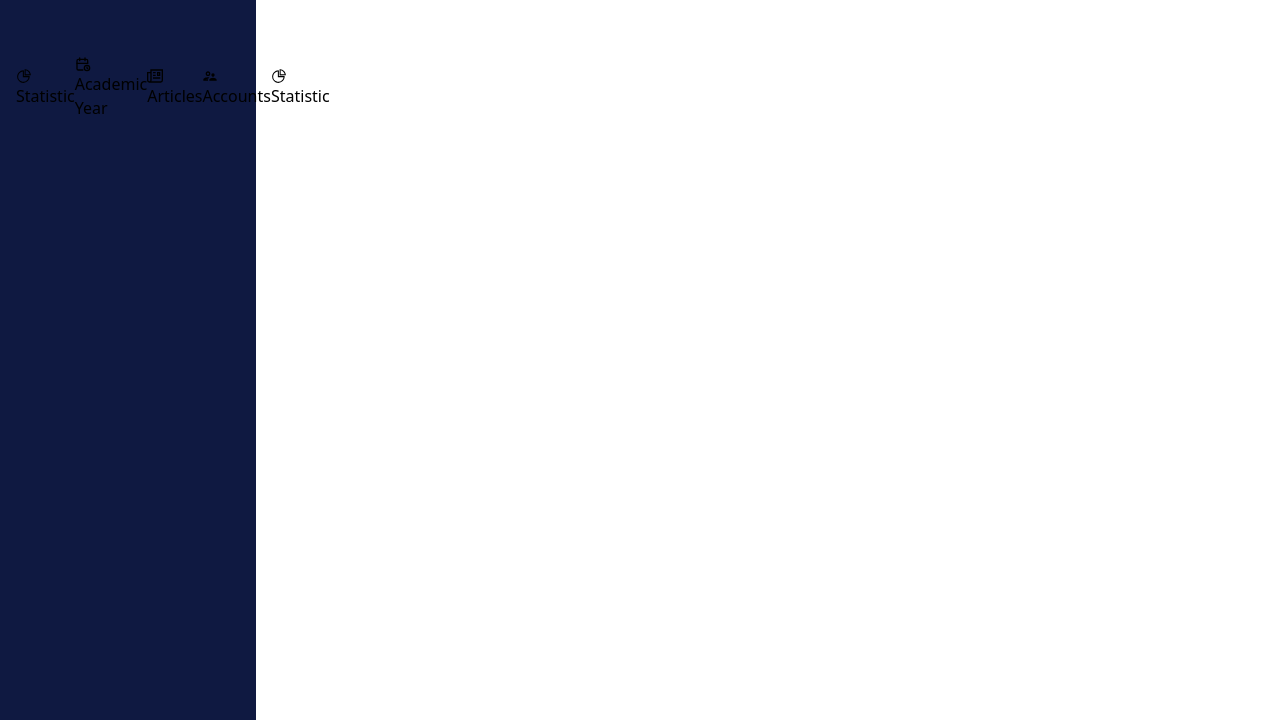
Repository: huynhvanngoan/COMP1640FE-Template
Page: /admin
An editor plug-in stored every save of this project. The page is shown before and after a run of saves, followed by the edit.
The browser window is 1280 px wide. The pictures show the whole page.
The project was rebuilt for these pictures with package versions that can differ from the ones it lists, and the page was loaded fresh each time. Also part of the build but not shown: src/components/buttonStyles.js, src/pages/LoginPage.jsx, src/pages/admin/AdminDashboard.jsx, src/pages/student/StudentDashboard.jsx, src/pages/department/DepartmentDashboard.jsx, src/pages/marketing/MarketingDashboard.jsx, src/pages/guest/GuestDashboard.jsx.

Above is the page before, as saved 2024-03-24 05:38:10.

### src/index.js
import React from 'react';
import ReactDOM from 'react-dom/client';
import './index.css';
import App from './App';

const root = ReactDOM.createRoot(document.getElementById('root'));
root.render(
  <React.StrictMode>
      <App />
  </React.StrictMode>
)

### src/index.css
@import url('https://fonts.googleapis.com/css2?family=Inter:wght@100;200;300;400;500;600;700;800;900&display=swap');
@tailwind base;
@tailwind components;
@tailwind utilities;

### src/App.js
import React from 'react'
import { BrowserRouter as Router, Routes, Route, Navigate } from "react-router-dom";
import LoginPage from './pages/LoginPage';
import AdminDashboard from './pages/admin/AdminDashboard';
import StudentDashboard from './pages/student/StudentDashboard';
import DepartmentDashboard from './pages/department/DepartmentDashboard';
import MarketingDashboard from './pages/marketing/MarketingDashboard';
import GuestDashboard from './pages/guest/GuestDashboard';
import Layout from './pages/admin/layout';
const App = () => {


  return (
    <Router>
        <Routes>
          <Route path="/login" element={<LoginPage/>} />

          <Route path="/admin" element={<Layout />}/>

          <Route path="/student-dashboard" element={<StudentDashboard />}/>

          <Route path="/guest-dashboard" element={<GuestDashboard />}/>

          <Route path="/department-dashboard" element={<DepartmentDashboard />}/>

          <Route path="/marketing-dashboard" element={<MarketingDashboard />}/>

          {/* <Route path='/marketing-homepage' element={<MarketingHomePage  />}/> */}

          <Route path='*' element={<Navigate to="/login" />} />

        </Routes>
    </Router>
  )
}

export default App

### src/pages/admin/layout.js
import React from 'react';
import Sidebar from './Sidebar';


export default function Layout() {
  return (
    <>
        <Sidebar />
    </>
  );
}

### src/pages/admin/Sidebar.js
import React, { useState } from 'react';
import { Link } from 'react-router-dom';
import { AiOutlinePieChart } from "react-icons/ai";
import { TbCalendarTime } from "react-icons/tb";
import { GrArticle } from "react-icons/gr";
import { MdOutlineSupervisorAccount } from "react-icons/md";

export const SidebarContent = [
  {
    icon: AiOutlinePieChart,
    heading: "Statistic"
  },
  {
    icon: TbCalendarTime,
    heading: "Academic Year"
  },
  {
    icon: GrArticle,
    heading: "Articles"
  },
  {
    icon: MdOutlineSupervisorAccount,
    heading: "Accounts"
  },
  {
    icon: AiOutlinePieChart,
    heading: "Statistic"
  },
]

export default function Sidebar() {
  const [selected, setSelected] = useState(0);

  const [expanded, setExpaned] = useState(true)
  return (
    <div className='fixed left-0 top-0 w-64 h-full bg-[#0f1941] p-4 pt-14'>
        <div className='flex items-center'>
        {SidebarContent.map((item, index) => {
          return (
            <div
              className={selected === index ? "menuItem active" : "menuItem"}
              key={index}
              onClick={() => setSelected(index)}
            >
              <item.icon />
              <span>{item.heading}</span>
            </div>
          );
        })}
        </div>
    </div>
  );
}

### tailwind.config.js
/** @type {import('tailwindcss').Config} */
module.exports = {
  content: [
    "./src/**/*.{js,jsx,ts,tsx}",
  ],
  theme: {
    extend: {
      fontFamily: {
        "inter": ["Inter", "sans-serif"]
      }
    },
  },
  plugins: [],
}

Loaded but not shown: public/index.html (common file)

After the next 2 saves:
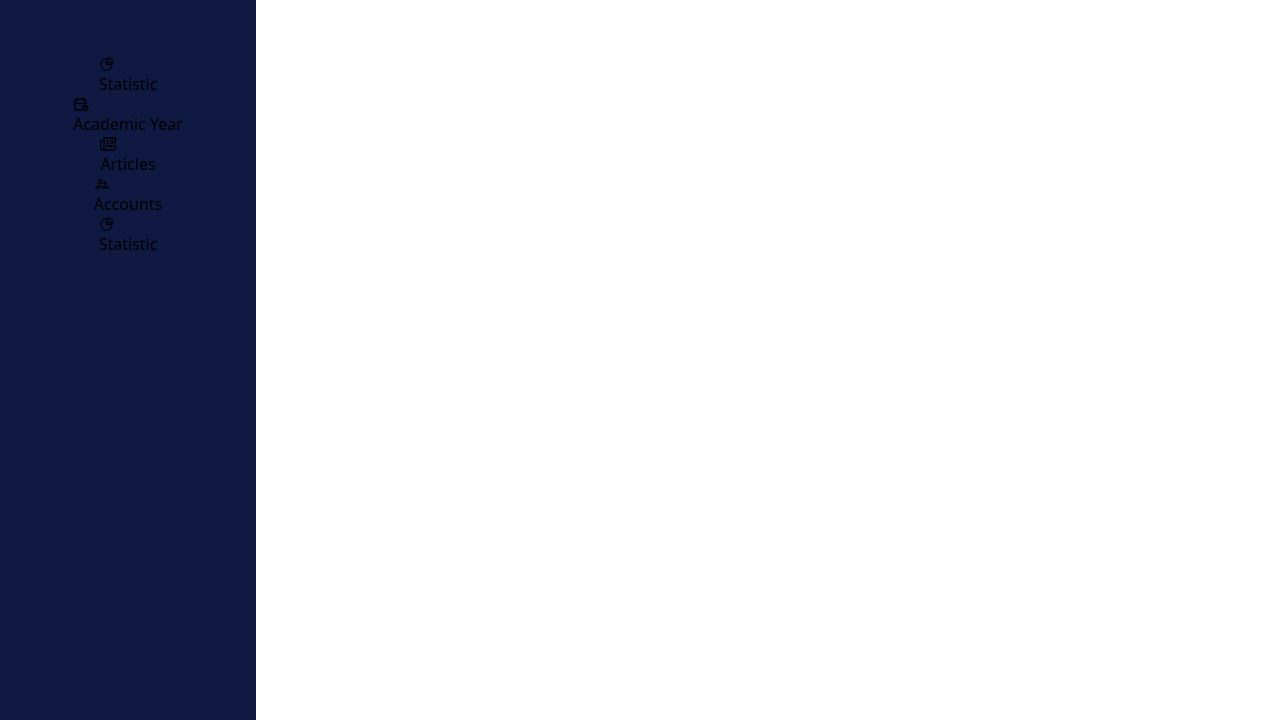
The 2 saves are shown as one change because they came seconds apart.
The last was saved 23 s later.
--- a/src/pages/admin/Sidebar.js
+++ b/src/pages/admin/Sidebar.js
@@ -34,7 +34,7 @@ export default function Sidebar() {
   const [expanded, setExpaned] = useState(true)
   return (
     <div className='fixed left-0 top-0 w-64 h-full bg-[#0f1941] p-4 pt-14'>
-        <div className='flex items-center'>
+        <div className='flex flex-col items-center'>
         {SidebarContent.map((item, index) => {
           return (
             <div
